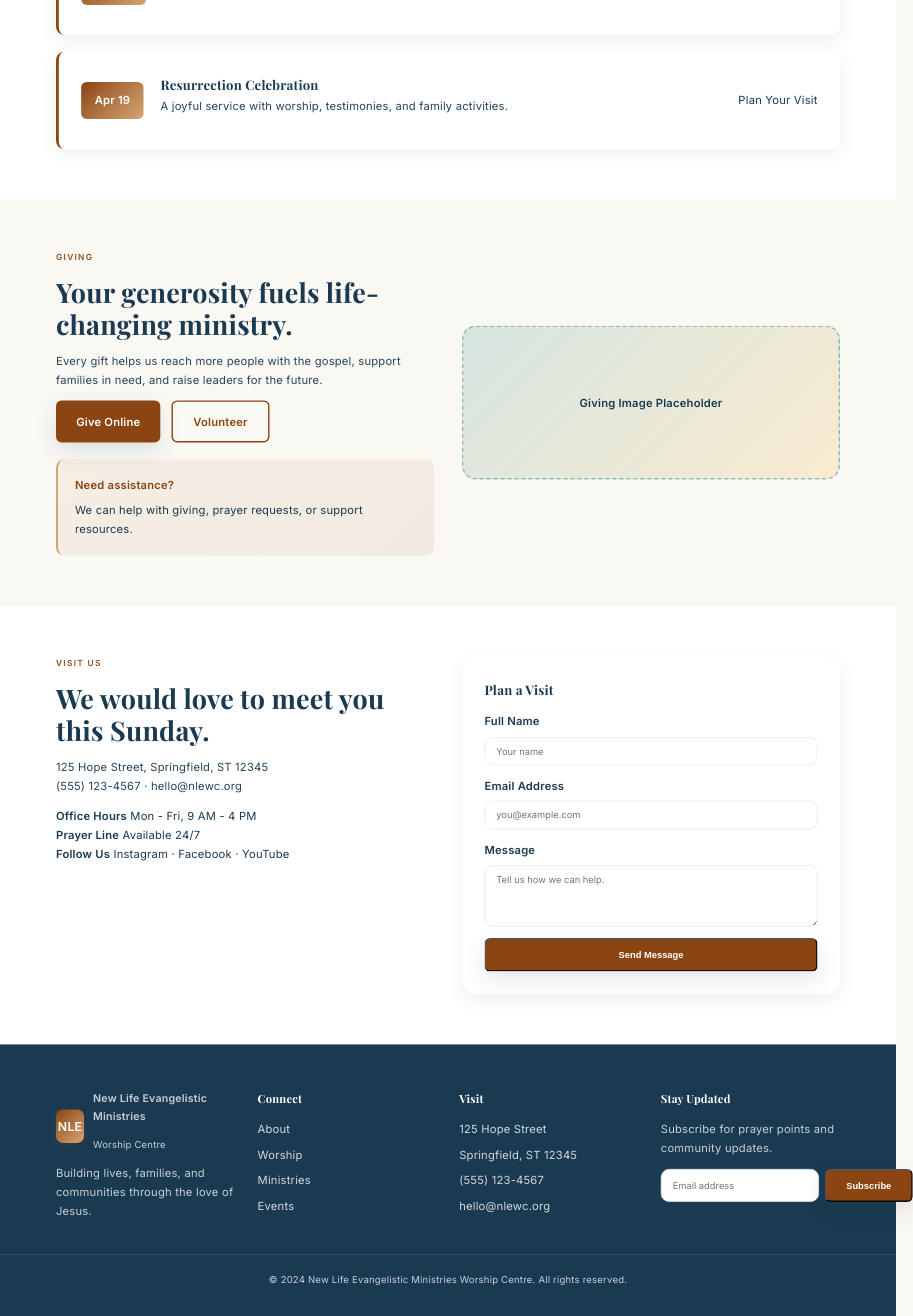
Repository: bilaal441/church
Page: index.htm
These files come from the project's save history. The page is drawn as it stood at one moment and after the next save; the edit follows.
The browser window is 1280 px wide. The page is 1304 px wide, so the pictures cover 1304 px, including what lies to the right of the window. The pictures show the part of the page from y = 3870 to 5750 px (the page is 5750 px tall before and 5705 px after), at 70% of full size.

Above is the page before, as saved 2026-01-19 22:10:41.

### index.htm
<!doctype html>
<html lang="en">
  <head>
    <meta charset="UTF-8" />
    <meta name="viewport" content="width=device-width, initial-scale=1.0" />
    <title>New Life Evangelistic Ministries Worship Centre</title>
    <meta
      name="description"
      content="A welcoming, Spirit-filled church family in Springfield. Join us for worship, discipleship, and community outreach."
    />
    <link rel="stylesheet" href="style.css" />
    <link rel="preconnect" href="https://fonts.googleapis.com" />
    <link rel="preconnect" href="https://fonts.gstatic.com" crossorigin />
    <link
      href="https://fonts.googleapis.com/css2?family=Playfair+Display:wght@400;600;700&family=Inter:wght@400;500;600&display=swap"
      rel="stylesheet"
    />
  </head>
  <body>
    <a class="skip-link" href="#main">Skip to main content</a>
    <header class="site-header">
      <div class="container header-content">
        <div class="logo">
          <span class="logo-mark">NLE</span>
          <div>
            <p class="logo-title">New Life Evangelistic Ministries</p>
            <p class="logo-subtitle">Worship Centre</p>
          </div>
        </div>
        <button
          class="nav-toggle"
          aria-expanded="false"
          aria-controls="site-nav"
        >
          <span></span>
          <span></span>
          <span></span>
        </button>
        <nav id="site-nav" class="site-nav">
          <a href="#about">About</a>
          <a href="#worship">Worship</a>
          <a href="#ministries">Ministries</a>
          <a href="#events">Events</a>
          <a href="#giving">Giving</a>
          <a href="#contact" class="button">Visit Us</a>
        </nav>
      </div>
    </header>

    <main id="main">
      <section class="hero">
        <div class="container hero-grid">
          <div class="hero-text">
            <p class="eyebrow">A Place to Belong &amp; Grow</p>
            <h1>Experience hope, worship, and community in Christ.</h1>
            <p>
              Join us for vibrant worship, powerful teaching, and a loving
              family that is passionate about reaching the city with the gospel.
            </p>
            <div class="hero-actions">
              <a class="button" href="#worship">Plan Your Visit</a>
              <a class="button button-outline" href="#events"
                >Upcoming Events</a
              >
            </div>
            <div class="hero-details">
              <div>
                <span>Service Times</span>
                <strong>Sunday 9:00 AM &amp; 11:30 AM</strong>
              </div>
              <div>
                <span>Midweek Encounter</span>
                <strong>Wednesday 6:30 PM</strong>
              </div>
            </div>
            <div class="hero-note">
              <span>Livestream available</span>
              <a href="#contact">Watch Online</a>
            </div>
          </div>
          <div class="hero-visual">
            <div class="image-placeholder large">Hero Image Placeholder</div>
            <div class="hero-card">
              <h3>Welcome Home</h3>
              <p>
                New to church? We will help you feel at home from the moment you
                arrive.
              </p>
              <a href="#contact">Meet the Team</a>
            </div>
          </div>
        </div>
      </section>

      <section id="about" class="section">
        <div class="container split">
          <div class="image-placeholder">About Image Placeholder</div>
          <div>
            <p class="eyebrow">Who We Are</p>
            <h2>
              Our mission is to raise disciples who live out the love of Jesus.
            </h2>
            <p>
              We are a vibrant, spirit-filled church committed to worship,
              discipleship, evangelism, and compassionate outreach. We welcome
              families, young adults, and every generation to grow together in
              faith.
            </p>
            <div class="stats">
              <div>
                <strong>25+</strong>
                <span>Years of ministry</span>
              </div>
              <div>
                <strong>40+</strong>
                <span>Small groups</span>
              </div>
              <div>
                <strong>15</strong>
                <span>Community partners</span>
              </div>
            </div>
          </div>
        </div>
      </section>

      <section id="worship" class="section section-alt">
        <div class="container">
          <div class="section-header">
            <div>
              <p class="eyebrow">Worship With Us</p>
              <h2>Expect a meaningful encounter with God.</h2>
            </div>
            <p>
              Our gatherings are lively, prayerful, and filled with inspiring
              worship, teaching, and ministry moments.
            </p>
          </div>
          <div class="cards">
            <article class="card">
              <h3>Sunday Celebration</h3>
              <p>Worship, Word, and fellowship for the whole family.</p>
              <p class="card-meta">9:00 AM &amp; 11:30 AM</p>
            </article>
            <article class="card">
              <h3>Midweek Encounter</h3>
              <p>Refuel with worship, prayer, and Bible study.</p>
              <p class="card-meta">Wednesday 6:30 PM</p>
            </article>
            <article class="card">
              <h3>Youth Ignite</h3>
              <p>
                Empowering the next generation through worship and discipleship.
              </p>
              <p class="card-meta">Friday 7:00 PM</p>
            </article>
          </div>
          <div class="worship-highlight">
            <div>
              <h3>What to Expect</h3>
              <p>
                Friendly hosts, engaging worship, a clear message, and spaces
                for kids and youth to connect safely.
              </p>
            </div>
            <div>
              <h3>Parking &amp; Accessibility</h3>
              <p>
                Guest parking is available at the main entrance. Our building is
                fully accessible with ramps and elevators.
              </p>
            </div>
          </div>
        </div>
      </section>

      <section id="ministries" class="section">
        <div class="container">
          <div class="section-header">
            <div>
              <p class="eyebrow">Ministries</p>
              <h2>Every generation has a place to serve and grow.</h2>
            </div>
            <a class="button button-outline" href="#contact">Get Connected</a>
          </div>
          <div class="ministry-grid">
            <div class="ministry-card">
              <div class="image-placeholder">Kids Ministry</div>
              <h3>Kids Life</h3>
              <p>Fun, safe, and faith-building experiences for children.</p>
            </div>
            <div class="ministry-card">
              <div class="image-placeholder">Youth Ministry</div>
              <h3>NextGen</h3>
              <p>Mentoring and empowering teens to lead with conviction.</p>
            </div>
            <div class="ministry-card">
              <div class="image-placeholder">Women Ministry</div>
              <h3>Women of Grace</h3>
              <p>Gathering women to worship, serve, and build community.</p>
            </div>
            <div class="ministry-card">
              <div class="image-placeholder">Men Ministry</div>
              <h3>Men of Valor</h3>
              <p>Equipping men to live out their faith with courage.</p>
            </div>
            <div class="ministry-card">
              <div class="image-placeholder">Music Ministry</div>
              <h3>Creative Arts</h3>
              <p>
                Worship, media, and production teams creating meaningful
                moments.
              </p>
            </div>
            <div class="ministry-card">
              <div class="image-placeholder">Care Ministry</div>
              <h3>Care &amp; Outreach</h3>
              <p>
                Supporting families, counseling, and community care initiatives.
              </p>
            </div>
          </div>
        </div>
      </section>

      <section id="events" class="section section-alt">
        <div class="container">
          <div class="section-header">
            <div>
              <p class="eyebrow">Upcoming Events</p>
              <h2>There is always something happening at New Life.</h2>
            </div>
            <a class="button" href="#giving">Support the Mission</a>
          </div>
          <div class="event-list">
            <article>
              <span class="event-date">Mar 21</span>
              <div>
                <h3>Citywide Prayer Night</h3>
                <p>
                  Join churches across the city for a night of prayer and
                  worship.
                </p>
              </div>
              <a href="#contact">Learn More</a>
            </article>
            <article>
              <span class="event-date">Apr 05</span>
              <div>
                <h3>Community Outreach Day</h3>
                <p>Serve families with meals, clothing, and encouragement.</p>
              </div>
              <a href="#contact">Serve With Us</a>
            </article>
            <article>
              <span class="event-date">Apr 19</span>
              <div>
                <h3>Resurrection Celebration</h3>
                <p>
                  A joyful service with worship, testimonies, and family
                  activities.
                </p>
              </div>
              <a href="#contact">Plan Your Visit</a>
            </article>
          </div>
        </div>
      </section>

      <section id="giving" class="section">
        <div class="container giving">
          <div>
            <p class="eyebrow">Giving</p>
            <h2>Your generosity fuels life-changing ministry.</h2>
            <p>
              Every gift helps us reach more people with the gospel, support
              families in need, and raise leaders for the future.
            </p>
            <div class="giving-actions">
              <a class="button" href="#contact">Give Online</a>
              <a class="button button-outline" href="#contact">Volunteer</a>
            </div>
            <div class="giving-note">
              <strong>Need assistance?</strong>
              <span
                >We can help with giving, prayer requests, or support
                resources.</span
              >
            </div>
          </div>
          <div class="image-placeholder">Giving Image Placeholder</div>
        </div>
      </section>

      <section id="contact" class="section section-alt">
        <div class="container contact">
          <div>
            <p class="eyebrow">Visit Us</p>
            <h2>We would love to meet you this Sunday.</h2>
            <p>
              125 Hope Street, Springfield, ST 12345<br />
              (555) 123-4567 · hello@nlewc.org
            </p>
            <div class="contact-details">
              <div>
                <strong>Office Hours</strong>
                <span>Mon - Fri, 9 AM - 4 PM</span>
              </div>
              <div>
                <strong>Prayer Line</strong>
                <span>Available 24/7</span>
              </div>
              <div>
                <strong>Follow Us</strong>
                <span>Instagram · Facebook · YouTube</span>
              </div>
            </div>
          </div>
          <form class="contact-form">
            <h3>Plan a Visit</h3>
            <label>
              Full Name
              <input type="text" placeholder="Your name" />
            </label>
            <label>
              Email Address
              <input type="email" placeholder="you@example.com" />
            </label>
            <label>
              Message
              <textarea
                rows="4"
                placeholder="Tell us how we can help."
              ></textarea>
            </label>
            <button type="submit" class="button">Send Message</button>
          </form>
        </div>
      </section>
    </main>

    <footer class="site-footer">
      <div class="container footer-grid">
        <div>
          <div class="logo">
            <span class="logo-mark">NLE</span>
            <div>
              <p class="logo-title">New Life Evangelistic Ministries</p>
              <p class="logo-subtitle">Worship Centre</p>
            </div>
          </div>
          <p>
            Building lives, families, and communities through the love of Jesus.
          </p>
        </div>
        <div>
          <h4>Connect</h4>
          <ul>
            <li><a href="#about">About</a></li>
            <li><a href="#worship">Worship</a></li>
            <li><a href="#ministries">Ministries</a></li>
            <li><a href="#events">Events</a></li>
          </ul>
        </div>
        <div>
          <h4>Visit</h4>
          <ul>
            <li>125 Hope Street</li>
            <li>Springfield, ST 12345</li>
            <li>(555) 123-4567</li>
            <li>hello@nlewc.org</li>
          </ul>
        </div>
        <div>
          <h4>Stay Updated</h4>
          <p>Subscribe for prayer points and community updates.</p>
          <div class="subscribe">
            <input type="email" placeholder="Email address" />
            <button class="button">Subscribe</button>
          </div>
        </div>
      </div>
      <div class="footer-bottom">
        <p>
          © 2024 New Life Evangelistic Ministries Worship Centre. All rights
          reserved.
        </p>
      </div>
    </footer>

    <script src="script.js"></script>
  </body>
</html>

### style.css
:root {
  --navy: #1a3a52;
  --gold: #d4a574;
  --burgundy: #8b4513;
  --cream: #faf8f3;
  --sage: #6b8e7f;
  --muted: #7d8a7f;
  --white: #ffffff;
  --light-gold: #f5e6d3;
  --shadow: 0 8px 24px rgba(26, 58, 82, 0.08);
  --shadow-lg: 0 12px 32px rgba(26, 58, 82, 0.12);
}

* {
  box-sizing: border-box;
  margin: 0;
  padding: 0;
}

body {
  font-family: "Inter", sans-serif;
  background-color: var(--cream);
  color: var(--navy);
  line-height: 1.7;
  letter-spacing: 0.3px;
}

img {
  max-width: 100%;
  display: block;
}

a {
  color: inherit;
  text-decoration: none;
}

.skip-link {
  position: absolute;
  left: -999px;
  top: 16px;
  background: var(--navy);
  color: var(--white);
  padding: 0.6rem 1.2rem;
  border-radius: 999px;
  z-index: 50;
}

.skip-link:focus {
  left: 16px;
}

.container {
  width: min(1120px, 90%);
  margin: 0 auto;
}

.eyebrow {
  text-transform: uppercase;
  letter-spacing: 0.15em;
  font-size: 0.75rem;
  color: var(--burgundy);
  font-weight: 700;
  margin-bottom: 1rem;
}

h1,
h2,
h3,
h4 {
  font-family: "Playfair Display", serif;
  color: var(--navy);
}

h1 {
  font-size: clamp(2.5rem, 4vw, 3.5rem);
  line-height: 1.1;
  margin-bottom: 1rem;
}

h2 {
  font-size: clamp(2rem, 3vw, 2.8rem);
  line-height: 1.2;
  margin-bottom: 1rem;
}

p {
  margin-bottom: 1rem;
  color: var(--navy);
  opacity: 0.95;
}

.button {
  display: inline-flex;
  align-items: center;
  justify-content: center;
  padding: 0.9rem 1.8rem;
  border-radius: 8px;
  background: var(--burgundy);
  color: var(--white);
  font-weight: 600;
  transition:
    transform 0.2s ease,
    box-shadow 0.2s ease,
    background 0.2s ease;
  box-shadow: var(--shadow-lg);
}

.button:hover {
  transform: translateY(-2px);
  background: #6d3410;
  box-shadow: var(--shadow-lg);
}

.button-outline {
  background: transparent;
  color: var(--burgundy);
  border: 2px solid var(--burgundy);
  box-shadow: none;
}

.site-header {
  background: var(--white);
  position: sticky;
  top: 0;
  z-index: 20;
  box-shadow: 0 4px 12px rgba(26, 58, 82, 0.05);
  border-bottom: 2px solid var(--light-gold);
}

.header-content {
  display: flex;
  align-items: center;
  justify-content: space-between;
  padding: 1.2rem 0;
  gap: 2rem;
}

.logo {
  display: flex;
  align-items: center;
  gap: 0.8rem;
}

.logo-mark {
  width: 48px;
  height: 48px;
  border-radius: 10px;
  background: linear-gradient(135deg, var(--burgundy), var(--gold));
  color: var(--white);
  font-weight: 700;
  display: grid;
  place-items: center;
  font-size: 1.1rem;
  box-shadow: 0 4px 12px rgba(139, 69, 19, 0.2);
}

.logo-title {
  font-weight: 700;
  font-size: 0.95rem;
}

.logo-subtitle {
  font-size: 0.85rem;
  color: var(--muted);
}

.site-nav {
  display: flex;
  align-items: center;
  gap: 1.5rem;
}

.site-nav a {
  font-weight: 600;
  font-size: 0.95rem;
}

.nav-toggle {
  display: none;
  flex-direction: column;
  gap: 6px;
  background: none;
  border: none;
  cursor: pointer;
}

.nav-toggle span {
  width: 24px;
  height: 2px;
  background: var(--navy);
}

.hero {
  padding: 5rem 0 4rem;
  background: linear-gradient(
    135deg,
    rgba(212, 165, 116, 0.08),
    rgba(139, 69, 19, 0.05)
  );
}

.hero-grid {
  display: grid;
  gap: 3rem;
  align-items: center;
}

.hero-actions {
  display: flex;
  flex-wrap: wrap;
  gap: 1rem;
  margin: 2rem 0;
}

.hero-details {
  display: grid;
  gap: 1.5rem;
  background: var(--white);
  padding: 2rem;
  border-radius: 12px;
  box-shadow: var(--shadow-lg);
  border-left: 4px solid var(--burgundy);
}

.hero-details span {
  font-size: 0.85rem;
  color: var(--muted);
  text-transform: uppercase;
  letter-spacing: 0.1em;
}

.hero-details strong {
  display: block;
  font-size: 1.1rem;
  color: var(--burgundy);
}

.hero-note {
  display: flex;
  align-items: center;
  gap: 0.75rem;
  font-weight: 600;
  color: var(--burgundy);
}

.hero-note a {
  color: var(--burgundy);
  text-decoration: underline;
}

.hero-visual {
  display: grid;
  gap: 1.5rem;
  position: relative;
}

.hero-card {
  background: var(--white);
  padding: 2rem;
  border-radius: 12px;
  box-shadow: var(--shadow-lg);
  transition: transform 0.3s ease, box-shadow 0.3s ease;
}

.hero-card:hover {
  transform: translateY(-4px);
  box-shadow: var(--shadow-lg);
}

.hero-card a {
  color: var(--burgundy);
  font-weight: 600;
}

.section {
  padding: 4.5rem 0;
}

.section-alt {
  background: var(--white);
}

.section-header {
  display: flex;
  align-items: center;
  justify-content: space-between;
  gap: 2rem;
  margin-bottom: 2.5rem;
}

.split {
  display: grid;
  gap: 2.5rem;
  align-items: center;
}

.stats {
  display: grid;
  grid-template-columns: repeat(auto-fit, minmax(140px, 1fr));
  gap: 1.5rem;
  margin-top: 2rem;
}

.stats strong {
  font-size: 2rem;
  color: var(--burgundy);
}

.cards {
  display: grid;
  grid-template-columns: repeat(auto-fit, minmax(240px, 1fr));
  gap: 1.5rem;
}

.card {
  background: var(--white);
  padding: 2rem;
  border-radius: 12px;
  box-shadow: var(--shadow-lg);
  transition: transform 0.3s ease, box-shadow 0.3s ease;
  border-top: 3px solid var(--gold);
}

.card:hover {
  transform: translateY(-4px);
  box-shadow: var(--shadow-lg);
}

.card-meta {
  color: var(--burgundy);
  font-weight: 600;
  margin-top: 1.5rem;
}

.worship-highlight {
  margin-top: 2.5rem;
  display: grid;
  grid-template-columns: repeat(auto-fit, minmax(240px, 1fr));
  gap: 1.5rem;
}

.worship-highlight div {
  background: linear-gradient(135deg, rgba(212, 165, 116, 0.12), rgba(139, 69, 19, 0.08));
  padding: 1.5rem;
  border-radius: 12px;
  border-left: 3px solid var(--gold);
}

.ministry-grid {
  display: grid;
  grid-template-columns: repeat(auto-fit, minmax(220px, 1fr));
  gap: 1.5rem;
}

.ministry-card {
  background: var(--white);
  padding: 1.5rem;
  border-radius: 12px;
  box-shadow: var(--shadow);
  display: grid;
  gap: 1rem;
  border-top: 3px solid var(--burgundy);
  transition: transform 0.3s ease;
}

.ministry-card:hover {
  transform: translateY(-3px);
}

.event-list {
  display: grid;
  gap: 1.5rem;
}

.event-list article {
  display: grid;
  grid-template-columns: auto 1fr auto;
  gap: 1.5rem;
  background: var(--white);
  padding: 2rem;
  border-radius: 12px;
  align-items: center;
  box-shadow: var(--shadow);
  border-left: 4px solid var(--burgundy);
}

.event-date {
  background: linear-gradient(135deg, var(--burgundy), var(--gold));
  color: var(--white);
  padding: 0.8rem 1.2rem;
  border-radius: 8px;
  font-weight: 700;
  text-align: center;
}

.giving {
  display: grid;
  gap: 2.5rem;
  align-items: center;
}

.giving-actions {
  display: flex;
  gap: 1rem;
  flex-wrap: wrap;
}

.giving-note {
  margin-top: 1.5rem;
  background: linear-gradient(135deg, rgba(212, 165, 116, 0.12), rgba(139, 69, 19, 0.08));
  padding: 1.5rem;
  border-radius: 12px;
  display: grid;
  gap: 0.5rem;
  border-left: 3px solid var(--gold);
}

.giving-note strong {
  color: var(--burgundy);
}

.contact {
  display: grid;
  gap: 2.5rem;
  align-items: start;
}

.contact-form {
  background: var(--white);
  padding: 2rem;
  border-radius: 20px;
  box-shadow: var(--shadow);
  display: grid;
  gap: 1rem;
}

.contact-form label {
  display: grid;
  gap: 0.5rem;
  font-weight: 600;
}

input,
textarea {
  padding: 0.7rem 1rem;
  border-radius: 12px;
  border: 1px solid #e5e7eb;
  font-family: inherit;
}

.site-footer {
  background: var(--navy);
  color: var(--white);
  padding: 4rem 0 1.5rem;
}

.site-footer h4 {
  color: var(--white);
  margin-bottom: 1rem;
}

.site-footer p,
.site-footer a,
.site-footer li {
  color: rgba(255, 255, 255, 0.8);
}

.footer-grid {
  display: grid;
  grid-template-columns: repeat(auto-fit, minmax(200px, 1fr));
  gap: 2rem;
}

.footer-grid ul {
  list-style: none;
  display: grid;
  gap: 0.6rem;
}

.subscribe {
  display: flex;
  gap: 0.5rem;
  margin-top: 1rem;
}

.footer-bottom {
  margin-top: 2rem;
  border-top: 1px solid rgba(255, 255, 255, 0.2);
  text-align: center;
  padding-top: 1.5rem;
  font-size: 0.85rem;
}

.image-placeholder {
  background: linear-gradient(
    135deg,
    rgba(15, 123, 123, 0.15),
    rgba(244, 185, 66, 0.2)
  );
  border: 2px dashed rgba(15, 123, 123, 0.4);
  border-radius: 20px;
  min-height: 220px;
  display: grid;
  place-items: center;
  text-align: center;
  padding: 1.5rem;
  color: var(--teal);
  font-weight: 600;
}

.image-placeholder.large {
  min-height: 340px;
}

@media (min-width: 900px) {
  .hero-grid {
    grid-template-columns: repeat(2, 1fr);
  }

  .split,
  .giving,
  .contact {
    grid-template-columns: repeat(2, 1fr);
  }
}

@media (max-width: 900px) {
  .section-header {
    flex-direction: column;
    align-items: flex-start;
  }

  .event-list article {
    grid-template-columns: 1fr;
  }
}

@media (max-width: 768px) {
  .site-nav {
    position: absolute;
    top: 100%;
    right: 0;
    background: var(--white);
    flex-direction: column;
    padding: 1.5rem;
    gap: 1rem;
    width: min(90vw, 280px);
    transform: translateY(-10px);
    opacity: 0;
    pointer-events: none;
    box-shadow: var(--shadow);
    border-radius: 16px;
  }

  .site-nav.open {
    opacity: 1;
    transform: translateY(0);
    pointer-events: auto;
  }

  .nav-toggle {
    display: flex;
  }

  .header-content {
    position: relative;
  }
}

@media (max-width: 600px) {
  .hero-details {
    padding: 1rem;
  }

  .hero-note {
    flex-direction: column;
    align-items: flex-start;
  }

  .subscribe {
    flex-direction: column;
    align-items: stretch;
  }
}

Loaded but not shown: script.js (18 lines, source omitted)

After the next save:
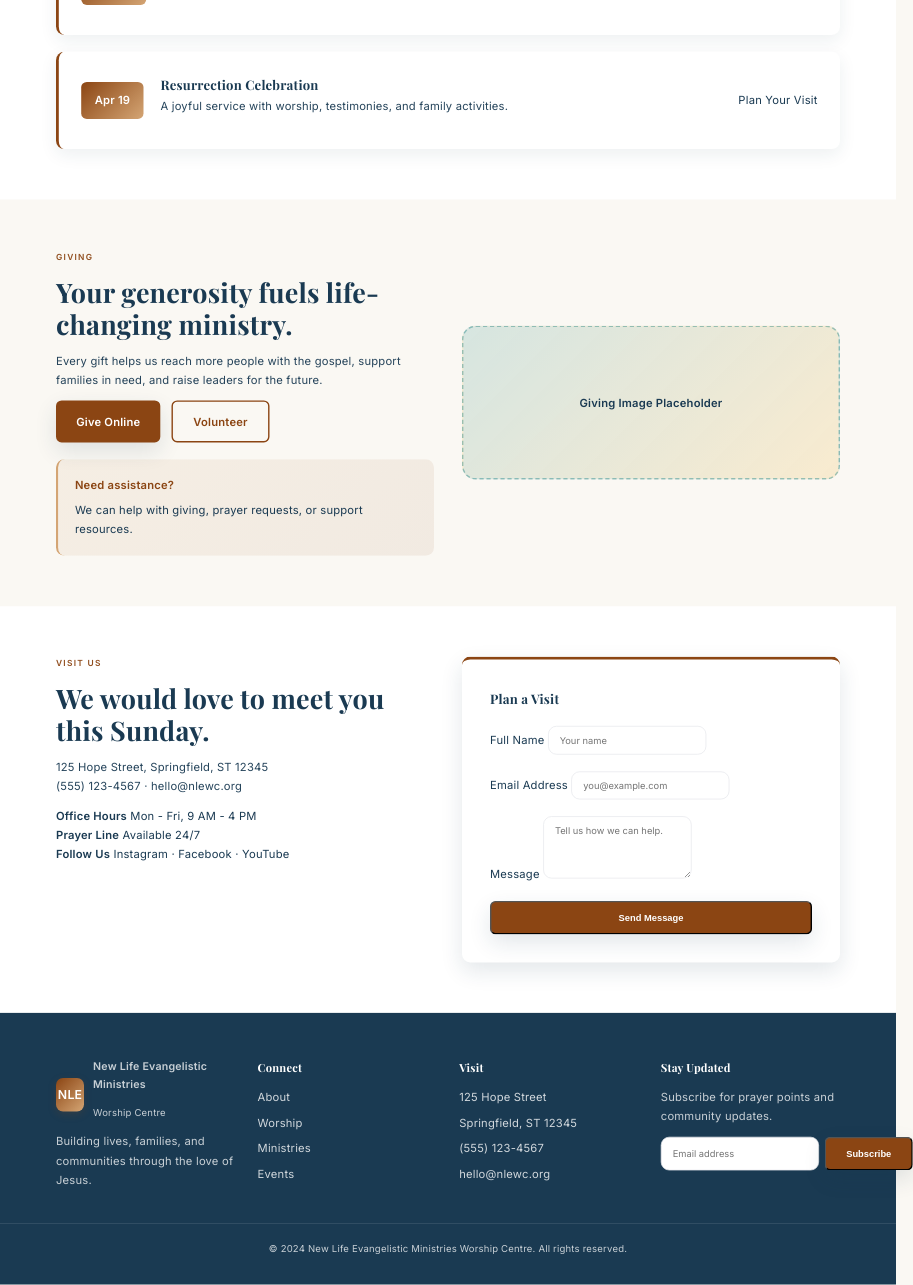
Saved 4 s later.
--- a/style.css
+++ b/style.css
@@ -428,11 +428,13 @@
 
 .contact-form {
   background: var(--white);
-  padding: 2rem;
-  border-radius: 20px;
-  box-shadow: var(--shadow);
-  display: grid;
-  gap: 1rem;
+  padding: 2.5rem;
+  border-radius: 12px;
+  box-shadow: var(--shadow-lg);
+  display: grid;
+  gap: 1.5rem;
+  border-top: 4px solid var(--burgundy);
+}
 }
 
 .contact-form label {
